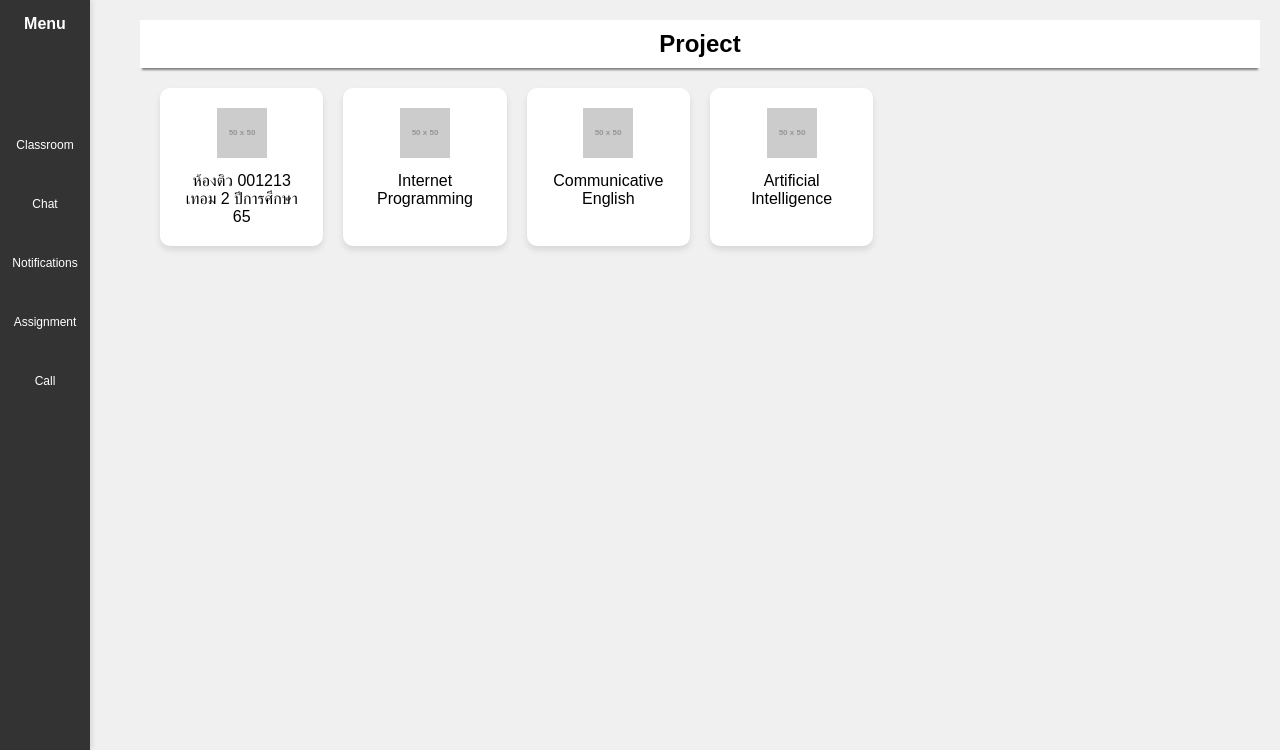
Repository: praifas16/ProPro
Page: docs/studenthead.html
These files come from the project's save history. The page is drawn as it stood at one moment and after the next save; the edit follows.
The browser window is 1280 px wide. The pictures show the whole page.

Above is the page before, as saved 2024-08-21 20:06:09.

### docs/studenthead.html
<!DOCTYPE html>
<html lang="th">
<head>
    <meta charset="UTF-8">
    <meta name="viewport" content="width=device-width, initial-scale=1.0">
    <title>My Dashboard</title>
    <style>
        body {
            font-family: Arial, sans-serif;
            margin: 0;
            padding: 0;
            background-color: #f0f0f0;
            display: flex;
        }

        /* เมนูแถบข้าง */
        .sidebar {
            width: 70px;
            background-color: #333;
            color: white;
            height: 100vh;
            padding: 15px 10px;
            box-shadow: 2px 0 5px rgba(0, 0, 0, 0.1);
            display: flex;
            flex-direction: column;
            align-items: center;
        }

        .menu-header {
            margin-bottom: 40px; /* ปรับระยะห่าง */
            font-size: 16px;
            font-weight: bold;
        }

        .menu-items {
            margin-top: 50px; /* เพิ่มระยะห่างด้านบน เพื่อให้ตรงกับบ็อกสี่เหลี่ยม */
        }

        .sidebar a {
            display: flex;
            flex-direction: column;
            align-items: center;
            color: white;
            padding: 10px;
            text-decoration: none;
            margin-bottom: 20px;
            font-size: 12px;
            text-align: center;
        }

        .sidebar a:hover {
            background-color: #575757;
            border-radius: 4px;
            width: 100%;
            text-align: center;
        }

        .sidebar i {
            font-size: 24px;
            margin-bottom: 5px;
        }

        /* โครงสร้างหน้าเว็บหลัก */
        .main-content {
            flex-grow: 1;
            padding: 20px 20px 20px 50px; /* เพิ่ม padding ด้านซ้ายเพื่อให้เนื้อหาหลักอยู่ในระนาบเดียวกัน */
        }

        header {
            background-color: #ffffff;
            padding: 10px;
            text-align: center;
            box-shadow: 0px 4px 2px -2px gray;
        }

        h1 {
            margin: 0;
            font-size: 24px;
        }

        .container {
            display: grid;
            grid-template-columns: repeat(auto-fill, minmax(150px, 1fr));
            gap: 20px;
            padding: 20px;
        }

        .card {
            background-color: #ffffff;
            border-radius: 10px;
            box-shadow: 0 4px 6px rgba(0, 0, 0, 0.1);
            text-align: center;
            padding: 20px;
            transition: transform 0.3s;
        }

        .card:hover {
            transform: scale(1.05);
        }

        .card img {
            width: 50px;
            height: 50px;
            margin-bottom: 10px;
        }

        .card p {
            margin: 0;
            font-size: 16px;
        }
    </style>
</head>
<body>
    <!-- เมนูแถบข้าง -->
    <div class="sidebar">
        <div class="menu-header">Menu</div>
        <div class="menu-items">
            <a href="#"><i class="fa fa-home"></i><span>Classroom</span></a>
            <a href="#"><i class="fa fa-users"></i><span>Chat</span></a>
            <a href="#"><i class="fa fa-notificat"></i><span>Notifications</span></a>
            <a href="#"><i class="fa fa-assign"></i><span>Assignment</span></a>
            <a href="#"><i class="fa fa-phone"></i><span>Call</span></a>
        </div>
    </div>

    <!-- เนื้อหาหลัก -->
    <div class="main-content">
        <header>
            <h1>Project</h1>
        </header>
        <div class="container">
            <div class="card">
                <img src="https://via.placeholder.com/50" alt="icon">
                <p>ห้องติว 001213 เทอม 2 ปีการศึกษา 65</p>
            </div>
            <div class="card">
                <img src="https://via.placeholder.com/50" alt="icon">
                <p>Internet Programming</p>
            </div>
            <div class="card">
                <img src="https://via.placeholder.com/50" alt="icon">
                <p>Communicative English</p>
            </div>
            <div class="card">
                <img src="https://via.placeholder.com/50" alt="icon">
                <p>Artificial Intelligence</p>
            </div>
            <!-- เพิ่มเติม Card อื่น ๆ ตามต้องการ -->
        </div>
    </div>
</body>
</html>

After the next save:
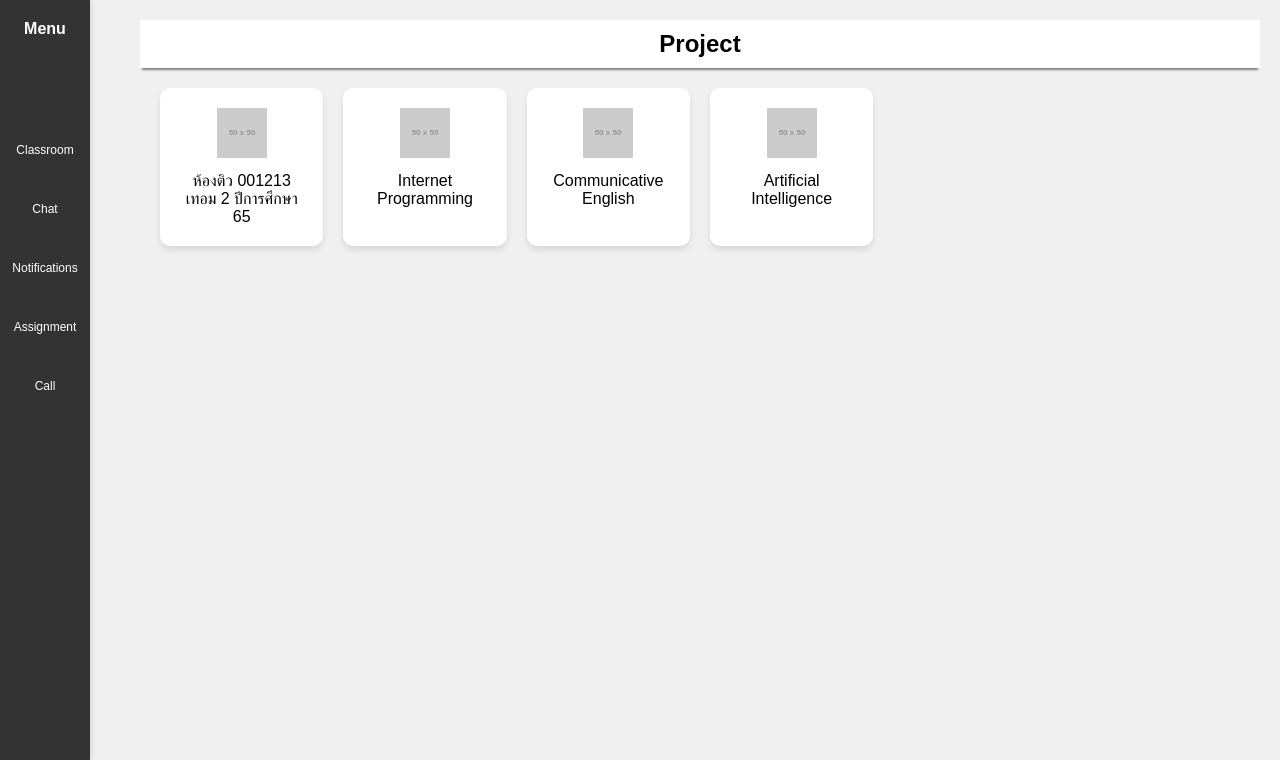
Saved 59 s later.
--- a/docs/studenthead.html
+++ b/docs/studenthead.html
@@ -19,7 +19,7 @@
             background-color: #333;
             color: white;
             height: 100vh;
-            padding: 15px 10px;
+            padding: 20px 10px;
             box-shadow: 2px 0 5px rgba(0, 0, 0, 0.1);
             display: flex;
             flex-direction: column;
